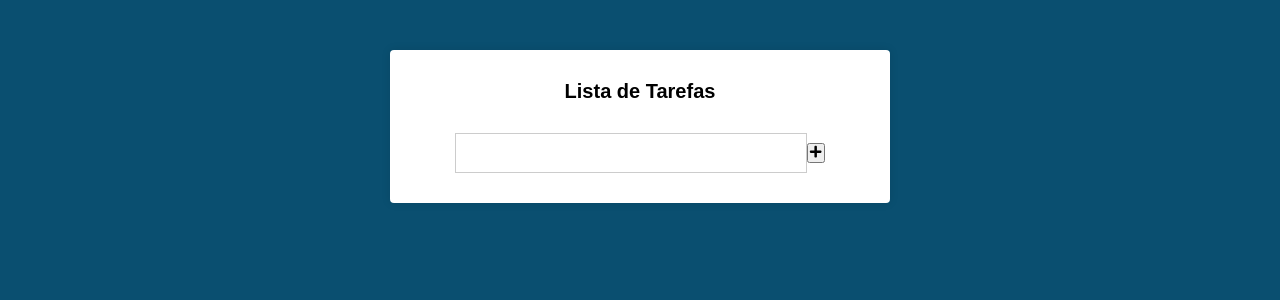
Repository: FellipeMiguel/lista-de-tarefas
Page: /
An editor plug-in stored every save of this project. The page is shown before and after the next save, followed by the edit.
The browser window is 1280 px wide. The pictures show the whole page.
The project was rebuilt for these pictures with package versions that can differ from the ones it lists, and the page was loaded fresh each time.

Above is the page before, as saved 2023-06-14 23:30:24.

After the next save:
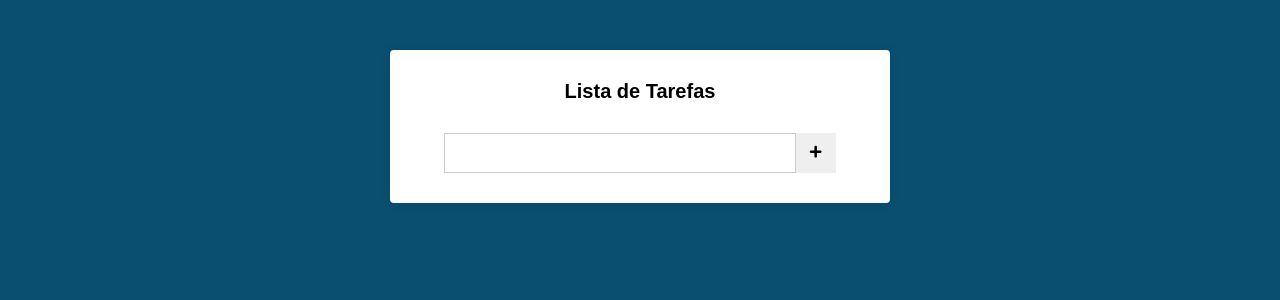
Saved 36 s later.
--- a/src/components/Main.css
+++ b/src/components/Main.css
@@ -26,3 +26,9 @@
   border: 1px solid #ccc;
   min-width: 80%;
 }
+
+.form button[type="submit"] {
+  border: none;
+  height: 40px;
+  width: 40px;
+}
